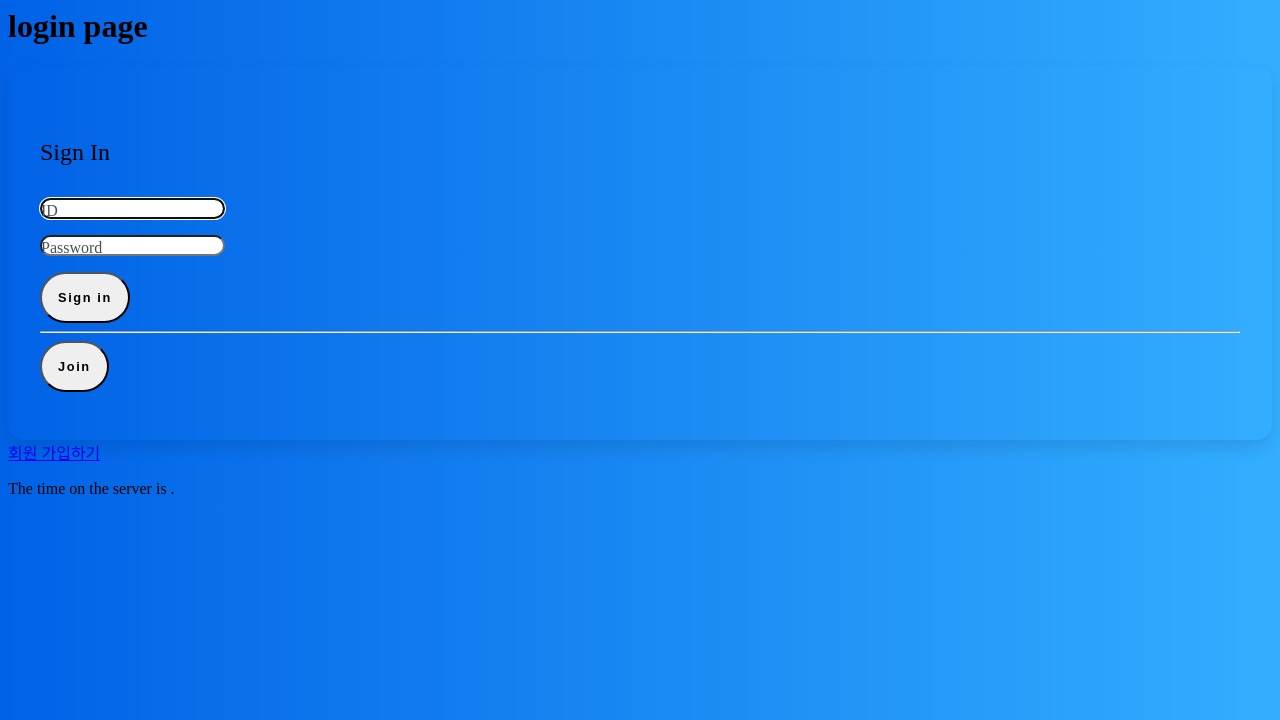
Repository: doyoung-kim-0327/Hanwha-Web
Page: http://localhost/studyBoard/WEB-INF/views/login.jsp
The author's editor kept a copy of each file at every save. The page is drawn from the files as they stood at one save, then again after the next save.
The browser window is 1280 px wide. The pictures show the whole page.
Some web libraries are served in a nearby version. The page is served by Tomcat 9. Nobody is signed in. Other server files are loaded and not shown. The template is opened directly, without the code that normally fills it, so the values that code supplies are empty.

Above is the page before, as saved 2019-09-02 07:08:16.

### studyBoard/src/main/webapp/WEB-INF/views/login.jsp
<%@ page language="java" contentType="text/html; charset=UTF-8"
	pageEncoding="UTF-8"%>
<%@ taglib uri="http://java.sun.com/jsp/jstl/core" prefix="c"%>
<%@ page session="false"%>
<html>
<head>
<title>Home</title>
<style>
:root {
	input-padding-x: 1.5rem;
	input-padding-y: .75rem;
}

body {
	background: #007bff;
	background: linear-gradient(to right, #0062E6, #33AEFF);
}

.card-signin {
	border: 0;
	border-radius: 1rem;
	box-shadow: 0 0.5rem 1rem 0 rgba(0, 0, 0, 0.1);
}

.card-signin .card-title {
	margin-bottom: 2rem;
	font-weight: 300;
	font-size: 1.5rem;
}

.card-signin .card-body {
	padding: 2rem;
}

.form-signin {
	width: 100%;
}

.form-signin .btn {
	font-size: 80%;
	border-radius: 5rem;
	letter-spacing: .1rem;
	font-weight: bold;
	padding: 1rem;
	transition: all 0.2s;
}

.form-label-group {
	position: relative;
	margin-bottom: 1rem;
}

.form-label-group input {
	height: auto;
	border-radius: 2rem;
}

.form-label-group>input, .form-label-group>label {
	padding: var(- -input-padding-y) var(- -input-padding-x);
}

.form-label-group>label {
	position: absolute;
	top: 0;
	left: 0;
	display: block;
	width: 100%;
	margin-bottom: 0;
	/* Override default `<label>` margin */
	line-height: 1.5;
	color: #495057;
	border: 1px solid transparent;
	border-radius: .25rem;
	transition: all .1s ease-in-out;
}

.form-label-group input::-webkit-input-placeholder {
	color: transparent;
}

.form-label-group input:-ms-input-placeholder {
	color: transparent;
}

.form-label-group input::-ms-input-placeholder {
	color: transparent;
}

.form-label-group input::-moz-placeholder {
	color: transparent;
}

.form-label-group input::placeholder {
	color: transparent;
}

.form-label-group input:not (:placeholder-shown ) {
	padding-top: calc(var(- -input-padding-y)+ var(- -input-padding-y)* (2/3));
	padding-bottom: calc(var(- -input-padding-y)/3);
}

.form-label-group input:not (:placeholder-shown )~label {
	padding-top: calc(var(- -input-padding-y)/3);
	padding-bottom: calc(var(- -input-padding-y)/3);
	font-size: 12px;
	color: #777;
}


/* Fallback for Edge
-------------------------------------------------- */

@supports (-ms-ime-align: auto) {
  .form-label-group>label {
    display: none;
  }
  .form-label-group input::-ms-input-placeholder {
    color: #777;
  }
}

/* Fallback for IE
-------------------------------------------------- */

@media all and (-ms-high-contrast: none),
(-ms-high-contrast: active) {
  .form-label-group>label {
    display: none;
  }
  .form-label-group input:-ms-input-placeholder {
    color: #777;
  }
}
</style>
</head>
 <script src="https://kit.fontawesome.com/090aa77fa1.js"></script>
<body>
	<h1>login page</h1>
	<div class="container">
		<div class="row">
			<div class="col-sm-9 col-md-7 col-lg-5 mx-auto">
				<div class="card card-signin my-5">
					<div class="card-body">
						<h5 class="card-title text-center">Sign In</h5>
						<form class="form-signin">
							<div class="form-label-group">
								<input type="email" id="inputEmail" class="form-control"
									placeholder="Email address" required autofocus> <label
									for="inputEmail">ID</label>
							</div>

							<div class="form-label-group">
								<input type="password" id="inputPassword" class="form-control"
									placeholder="Password" required> <label
									for="inputPassword">Password</label>
							</div>


							<button class="btn btn-lg btn-primary btn-block text-uppercase"
								type="submit">Sign in</button>
							<hr class="my-4">
							<button class="btn btn-lg btn-google btn-block text-uppercase"
								type="submit">Join</button>

						</form>
					</div>
				</div>
			</div>
		</div>
	</div>

	<a href="join">회원 가입하기</a>
	<P>The time on the server is ${serverTime}.</P>
</body>
</html>

After the next save:
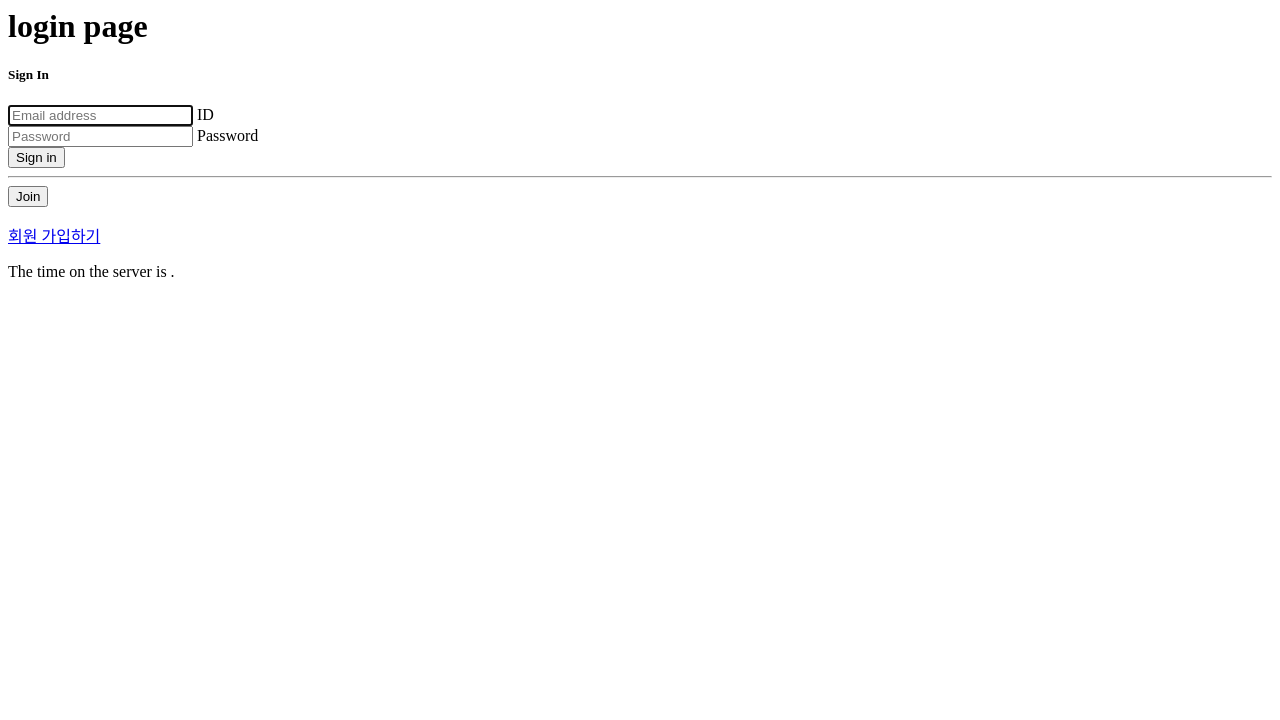
Saved 80 s later.
--- a/studyBoard/src/main/webapp/WEB-INF/views/login.jsp
+++ b/studyBoard/src/main/webapp/WEB-INF/views/login.jsp
@@ -6,131 +6,7 @@
 <head>
 <title>Home</title>
 <style>
-:root {
-	input-padding-x: 1.5rem;
-	input-padding-y: .75rem;
-}
 
-body {
-	background: #007bff;
-	background: linear-gradient(to right, #0062E6, #33AEFF);
-}
-
-.card-signin {
-	border: 0;
-	border-radius: 1rem;
-	box-shadow: 0 0.5rem 1rem 0 rgba(0, 0, 0, 0.1);
-}
-
-.card-signin .card-title {
-	margin-bottom: 2rem;
-	font-weight: 300;
-	font-size: 1.5rem;
-}
-
-.card-signin .card-body {
-	padding: 2rem;
-}
-
-.form-signin {
-	width: 100%;
-}
-
-.form-signin .btn {
-	font-size: 80%;
-	border-radius: 5rem;
-	letter-spacing: .1rem;
-	font-weight: bold;
-	padding: 1rem;
-	transition: all 0.2s;
-}
-
-.form-label-group {
-	position: relative;
-	margin-bottom: 1rem;
-}
-
-.form-label-group input {
-	height: auto;
-	border-radius: 2rem;
-}
-
-.form-label-group>input, .form-label-group>label {
-	padding: var(- -input-padding-y) var(- -input-padding-x);
-}
-
-.form-label-group>label {
-	position: absolute;
-	top: 0;
-	left: 0;
-	display: block;
-	width: 100%;
-	margin-bottom: 0;
-	/* Override default `<label>` margin */
-	line-height: 1.5;
-	color: #495057;
-	border: 1px solid transparent;
-	border-radius: .25rem;
-	transition: all .1s ease-in-out;
-}
-
-.form-label-group input::-webkit-input-placeholder {
-	color: transparent;
-}
-
-.form-label-group input:-ms-input-placeholder {
-	color: transparent;
-}
-
-.form-label-group input::-ms-input-placeholder {
-	color: transparent;
-}
-
-.form-label-group input::-moz-placeholder {
-	color: transparent;
-}
-
-.form-label-group input::placeholder {
-	color: transparent;
-}
-
-.form-label-group input:not (:placeholder-shown ) {
-	padding-top: calc(var(- -input-padding-y)+ var(- -input-padding-y)* (2/3));
-	padding-bottom: calc(var(- -input-padding-y)/3);
-}
-
-.form-label-group input:not (:placeholder-shown )~label {
-	padding-top: calc(var(- -input-padding-y)/3);
-	padding-bottom: calc(var(- -input-padding-y)/3);
-	font-size: 12px;
-	color: #777;
-}
-
-
-/* Fallback for Edge
--------------------------------------------------- */
-
-@supports (-ms-ime-align: auto) {
-  .form-label-group>label {
-    display: none;
-  }
-  .form-label-group input::-ms-input-placeholder {
-    color: #777;
-  }
-}
-
-/* Fallback for IE
--------------------------------------------------- */
-
-@media all and (-ms-high-contrast: none),
-(-ms-high-contrast: active) {
-  .form-label-group>label {
-    display: none;
-  }
-  .form-label-group input:-ms-input-placeholder {
-    color: #777;
-  }
-}
 </style>
 </head>
  <script src="https://kit.fontawesome.com/090aa77fa1.js"></script>
